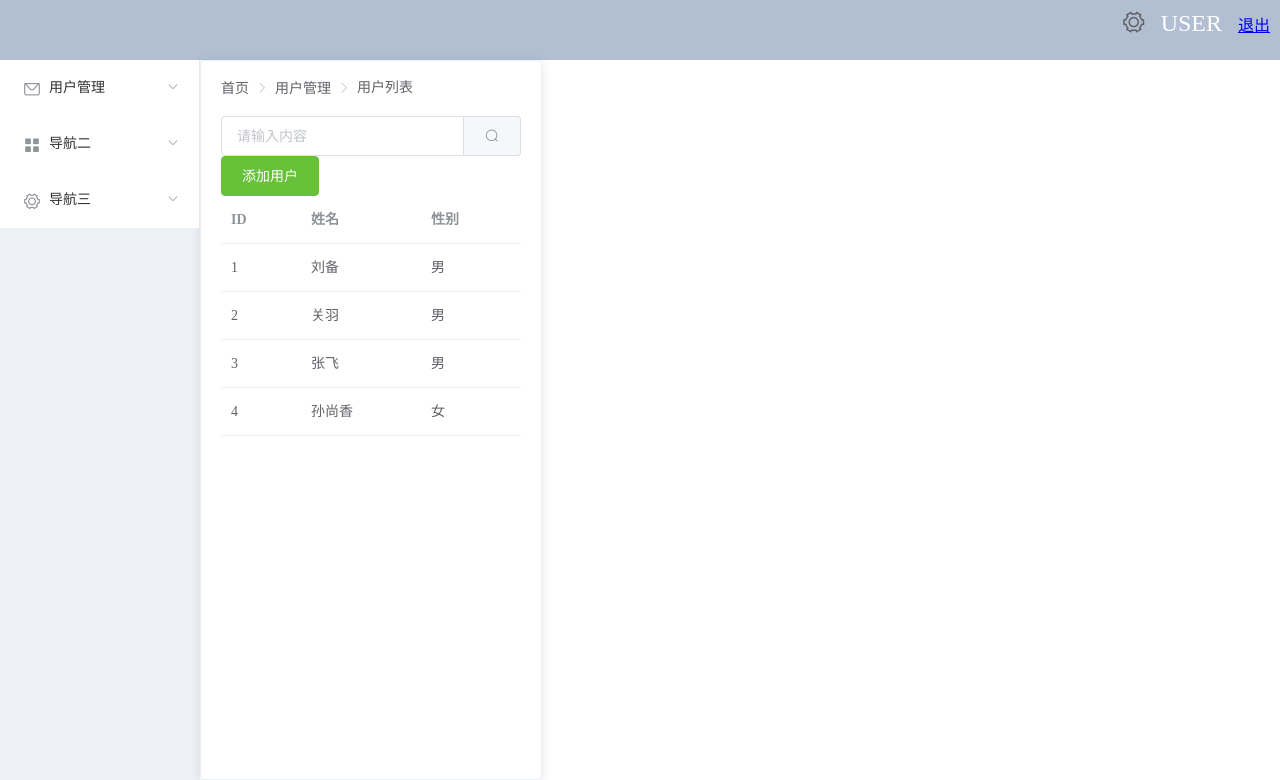
Repository: euphor1azzy/testlist
Page: /#/users (app in list/)
These files come from the project's save history. The page is drawn as it stood at one moment and after the next save; the edit follows.
The browser window is 1280 px wide. The pictures show the whole page.
The project was rebuilt for these pictures with package versions that can differ from the ones it lists, and the page was loaded fresh each time. Requests to the local data server were answered from the project's data file. Also part of the build but not shown: list/src/utils/validate.js, list/src/views/login/login.vue.

Above is the page before, as saved 2020-08-27 14:41:42.

After the next save:
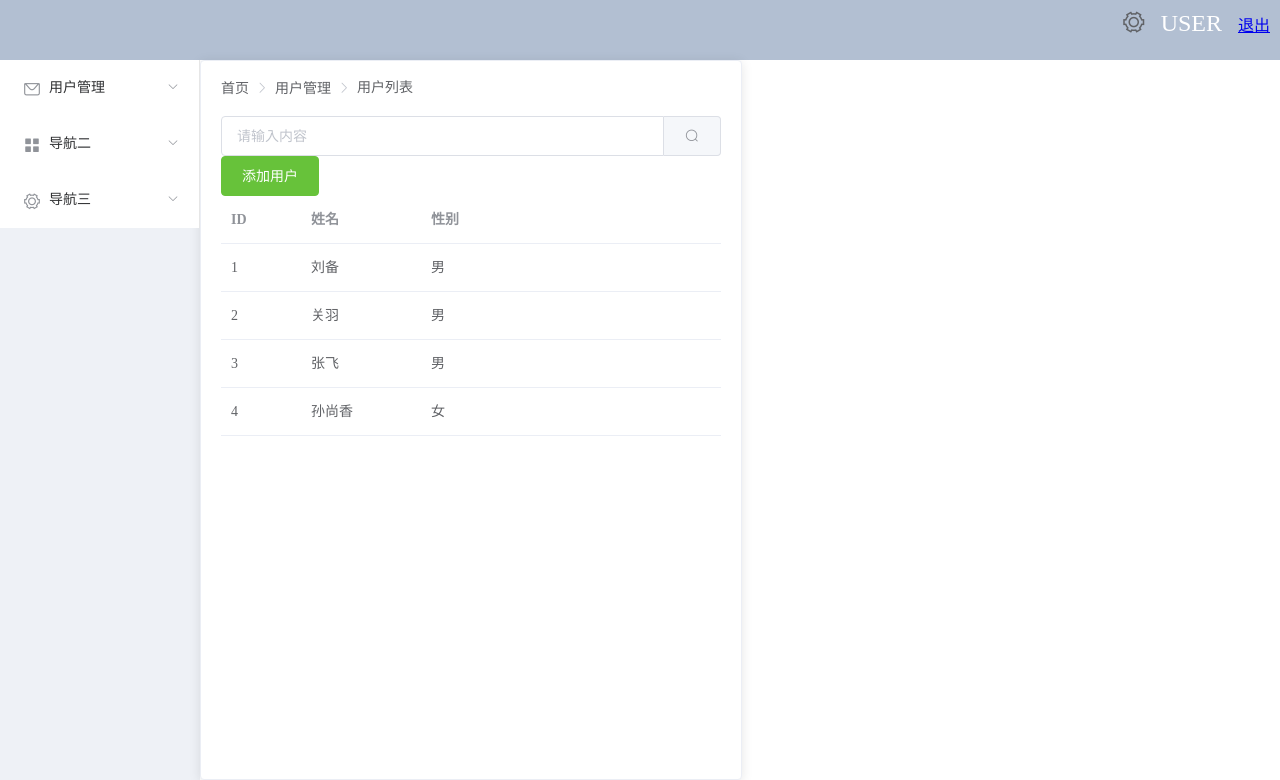
Saved 2 min 4 s later.
--- a/list/src/components/users/users.vue
+++ b/list/src/components/users/users.vue
@@ -58,13 +58,14 @@ created() {
 <style>
 .box-card {
   height: 100%;
- }
+
+}
 .inputSearch {
   width: 300px;
 }
 .searchC {
   margin-top: 20px;
-   width: 300px;
+   width: 500px;
 }
 .btn-adduser{
   margin: 10px;
